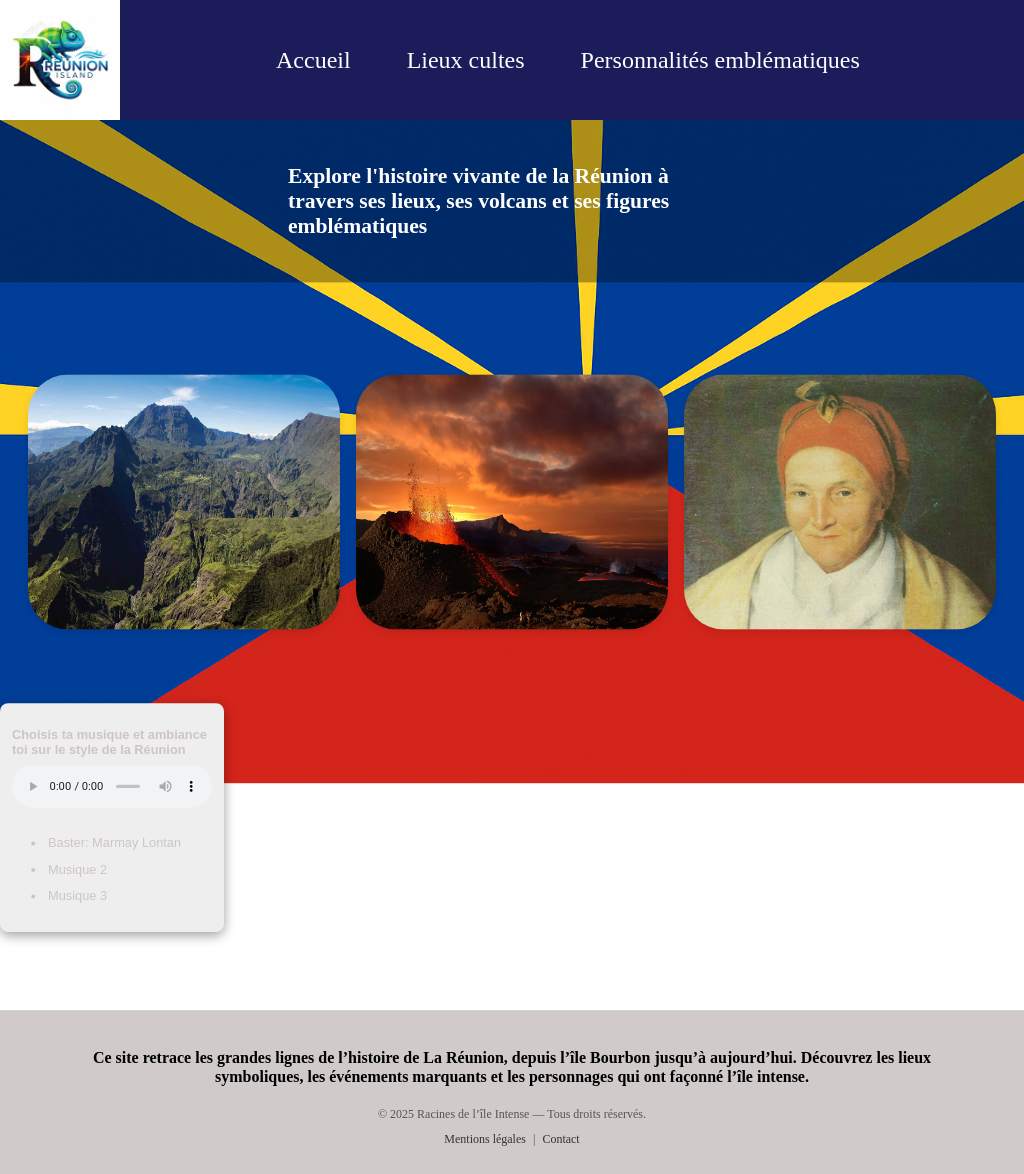
Repository: racinesintense974/Racines-de-lile-intense
Page: index.html
The author's editor kept a copy of each file at every save. The page is drawn from the files as they stood at one save, then again after the next save.
The browser window is 1280 px wide. The pictures show the whole page, at 80% of full size.

Above is the page before, as saved 2026-02-12 14:47:36.

### index.html
<!DOCTYPE html>
<html lang="fr">
<head>
    <meta charset="UTF-8">
    <meta name="viewport" content="width=device-width, initial-scale=1.0">
    <title>Racines - L'histoire de l'île intense</title>
<link rel="stylesheet" href="css/style.css">
<style>
.player{
  background:#eee;
  padding:15px;
  width:250px;
  border-radius:10px;
  font-family:Arial;
}
li{
  cursor:pointer;
  margin:5px 0;
}
li:hover{
  color:green;
}
</style>
</head>


<body>
    <section class="top-page">
        <header class="header">
            <img src="image/logo22.png" alt="logo du site">
        <nav class="nav">
    <ul class="menu">
        <li><a href="index.html">Accueil</a></li>

        <li class="dropdown">
            <a href="#">Lieux cultes</a>
            <ul class="submenu">
                <li><a href="mafate.html">Mafate</a></li>
                <li><a href="cilaos.html">Cilaos</a></li>
                <li><a href="volcans.html">Les volcans</a></li>
            </ul>
        </li>

         <li class="dropdown">
        <a href="#">Personnalités emblématiques</a>
            <ul class="submenu">
                <li><a href="Olivier.html">Olivier Levasseur</a></li>
                <li><a href="Desbassayns.html">Madame Desbassayns</a></li>
                <li><a href="Garros.html">Rolland Garros</a></li>
            </ul>
        </li>
    </ul>
</nav>

        </header>


        <div class="landing-page">
        <h1 class="big-title">Explore l'histoire vivante de la Réunion à travers ses lieux, ses volcans et ses figures emblématiques</h1>
        </div>

        <div class="conteneur-central">
<section class="galerie-images">
  <img src="image/mafate.jpg" alt="Image 1">
  <img src="image/volcan.jpeg" alt="Image 2">
  <img src="image/desbassyns.png" alt="Image 3">
</section>
</div>

<div class="player">
  <p id="titre">Choisis ta musique et ambiance toi sur le style de la Réunion</p>

  <audio id="audio" controls></audio>

  <ul>
    <li onclick="playMusic('musique1.mp3','Musique 1')">Baster: Marmay Lontan</li>
    <li onclick="playMusic('musique2.mp3','Musique 2')">Musique 2</li>
    <li onclick="playMusic('musique3.mp3','Musique 3')">Musique 3</li>
  </ul>
</div>

<script>
function playMusic(src,name){
  const audio=document.getElementById("audio");
  document.getElementById("titre").textContent=name;
  audio.src=src;
  audio.play();
}
</script>


   <footer class="footer">
    <h1 class="big-title2">Ce site retrace les grandes lignes de l’histoire de La Réunion, depuis l’île Bourbon jusqu’à aujourd’hui. Découvrez les lieux symboliques, les événements marquants et les personnages qui ont façonné l’île intense.</h1>
  <p>&copy; 2025 Racines de l’île Intense — Tous droits réservés.</p>
  <p><a href="mentions-legales.html">Mentions légales</a> | <a href="contact.html">Contact</a></p>
</footer>

    </section>

</body>
</html>

### css/style.css

*

body {
    margin: 0 auto;

}

header.header {
    display: flex;
    align-items: center;
    background-color: rgb(28, 28, 91);                    /* Entête */
    margin: 0;

}

header.header img {
    width: 150px;
}






section.top-page {
    background: url('../image/gptidr2.png');
    background-size: cover;
    height: 136vh;
    padding: 0px;
}
/* page de bienvenue (landing page) */
.big-title {
    color: rgb(255, 255, 255);
    font-size: 27px;
    padding: 55px 360px;
    background-color: rgba(0, 0, 0, 0.323);
    margin-top: 0;



}
html, body {
  height: 100%;           /* Nécessaire pour que le conteneur remplisse l'écran */
  margin: 0;
  padding: 0;
}

.conteneur-central {
  display: flex;
  justify-content: center;      /* centre horizontalement */
  align-items: center;          /* centre verticalement */
  height: 70vh;                /* 100% de la hauteur de l'écran */
}

/* La galerie contient les images */
.galerie-images {
  display: flex;
  gap: 20px;
  flex-wrap: wrap;
  justify-content: center;
}

.galerie-images img {
  width: 390px;
  height: auto;
  border-radius: 50px;
  box-shadow: 0 4px 10px rgba(0, 0, 0, 0.1);
  transition: transform 0.3s ease;
}

.galerie-images img:hover {
  transform: scale(1.05);
}

.big-title2 {
    color: black;
    font-size: 20px;
    padding: 10px 50px;
}
/* Sous-page */
.footer {
    width: 100%;
  background-color: #d0caca;
  padding: 20px;
  text-align: center;
  font-size: 15px;
  color: #555;
  border-top: 1px solid #ccc;
  margin-top: 98px;
   box-sizing: border-box;

}

.footer a {
  color: #333;
  text-decoration: none;
  margin: 0 5px;
}

.footer a:hover {
  text-decoration: underline;
}


/* menu de navigation */

nav.nav {
    display: flex;
    justify-content: space-between;
    list-style: none;
    width: 970px;
    margin-left: 180px;
font-size: 30px;
}


nav.nav li {
    color: white;
}



/* ===== MENU DEROULANT LIEUX-CULTES ===== */

nav.nav ul.menu {
    list-style: none;
    display: flex;
    gap: 40px;           /* espace entre les éléments */
    margin: 0;
    padding: 0;
}

nav.nav ul.menu > li {
    position: relative;
}

nav.nav ul.menu a {
    text-decoration: none;
    color: white;
    font-size: 30px;
    padding: 10px;
}

/* Sous-menu caché */
.submenu {
    list-style: none;
    padding: 0;
    margin: 0;
    position: absolute;
    background: rgb(12, 16, 70);
    border-radius: 5px;
    border: 1px solid black;
    display: none;
    min-width: 180px;
    z-index: 10;
}

/* Liens du sous-menu */
.submenu li a {
    color: black;
    padding: 10px;
    display: block;
    font-size: 20px;
}

/* Apparition au survol */
.dropdown:hover .submenu {
    display: block;
}

/* Effet hover */
.submenu li a:hover {
    background-color: #a01212;
}


.player{
  background:#1f1c1c;
  padding:15px;
  width:260px;
  border-radius:12px;
  font-family:Arial;
  color:rgb(206, 197, 197);
  box-shadow:0 4px 15px rgba(15, 8, 8, 0.4);
}

audio{
  width:100%;
  margin-bottom:10px;
}

#titre{
  font-weight:bold;
  margin-bottom:10px;
}

li{
  cursor:pointer;
  padding:5px;
  border-radius:6px;
}

li:hover{
  background:#333;
}

After the next save:
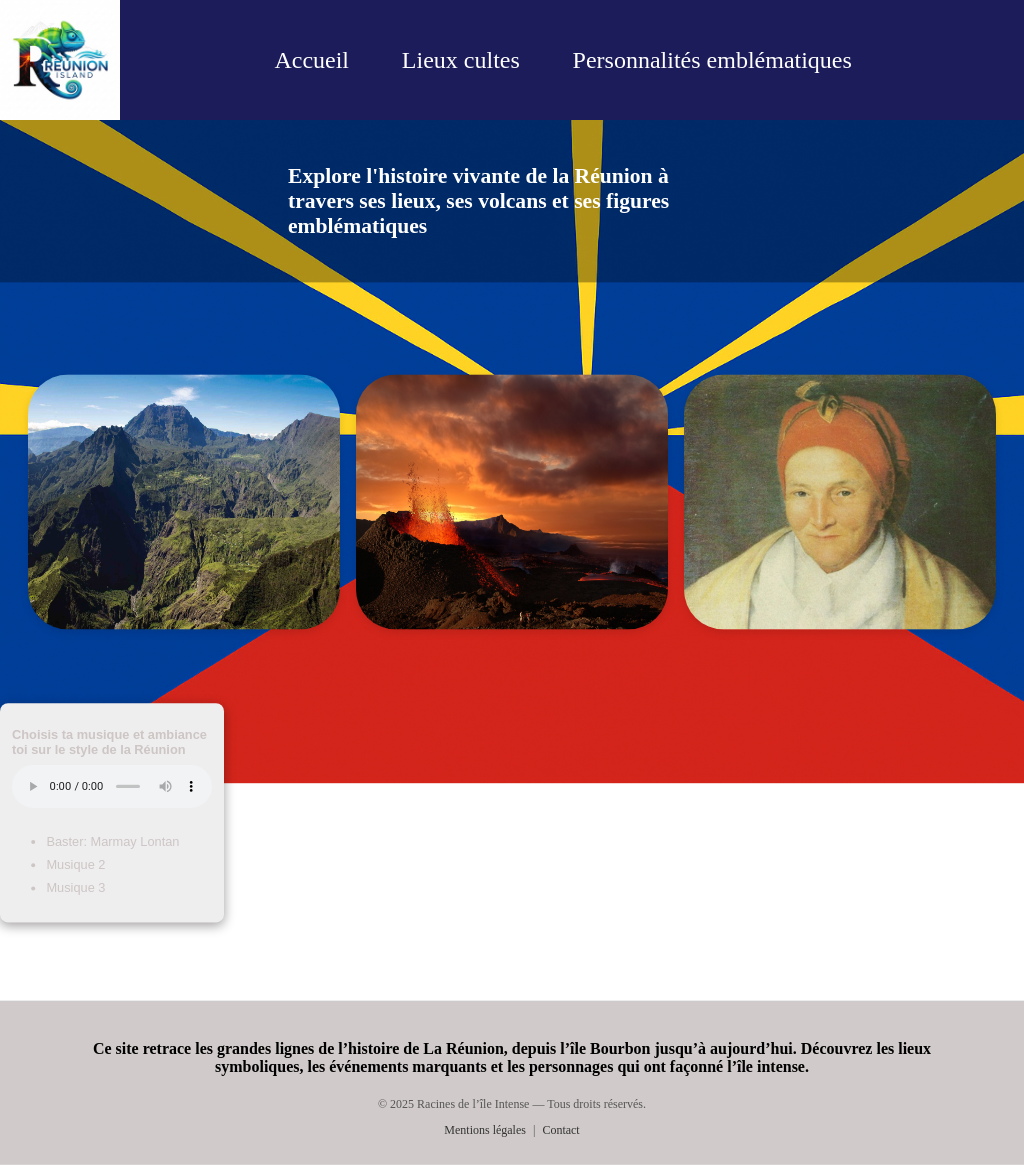
Saved 4 s later.
--- a/css/style.css
+++ b/css/style.css
@@ -197,7 +197,7 @@
 
 li{
   cursor:pointer;
-  padding:5px;
+  padding:3px;
   border-radius:6px;
 }
 

After the save that followed:
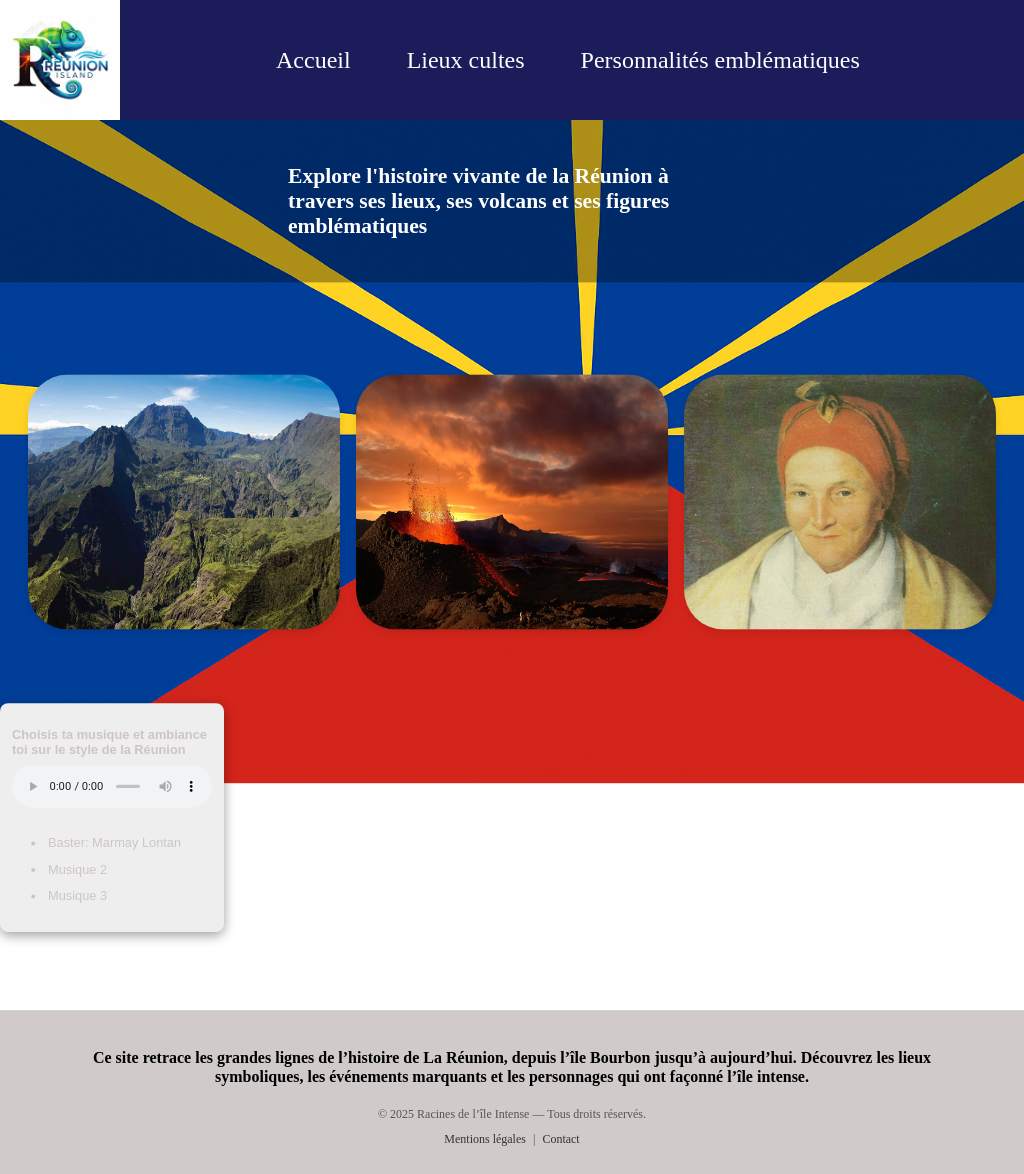
Saved 6 s later.
--- a/css/style.css
+++ b/css/style.css
@@ -197,7 +197,7 @@
 
 li{
   cursor:pointer;
-  padding:3px;
+  padding:5px;
   border-radius:6px;
 }
 
